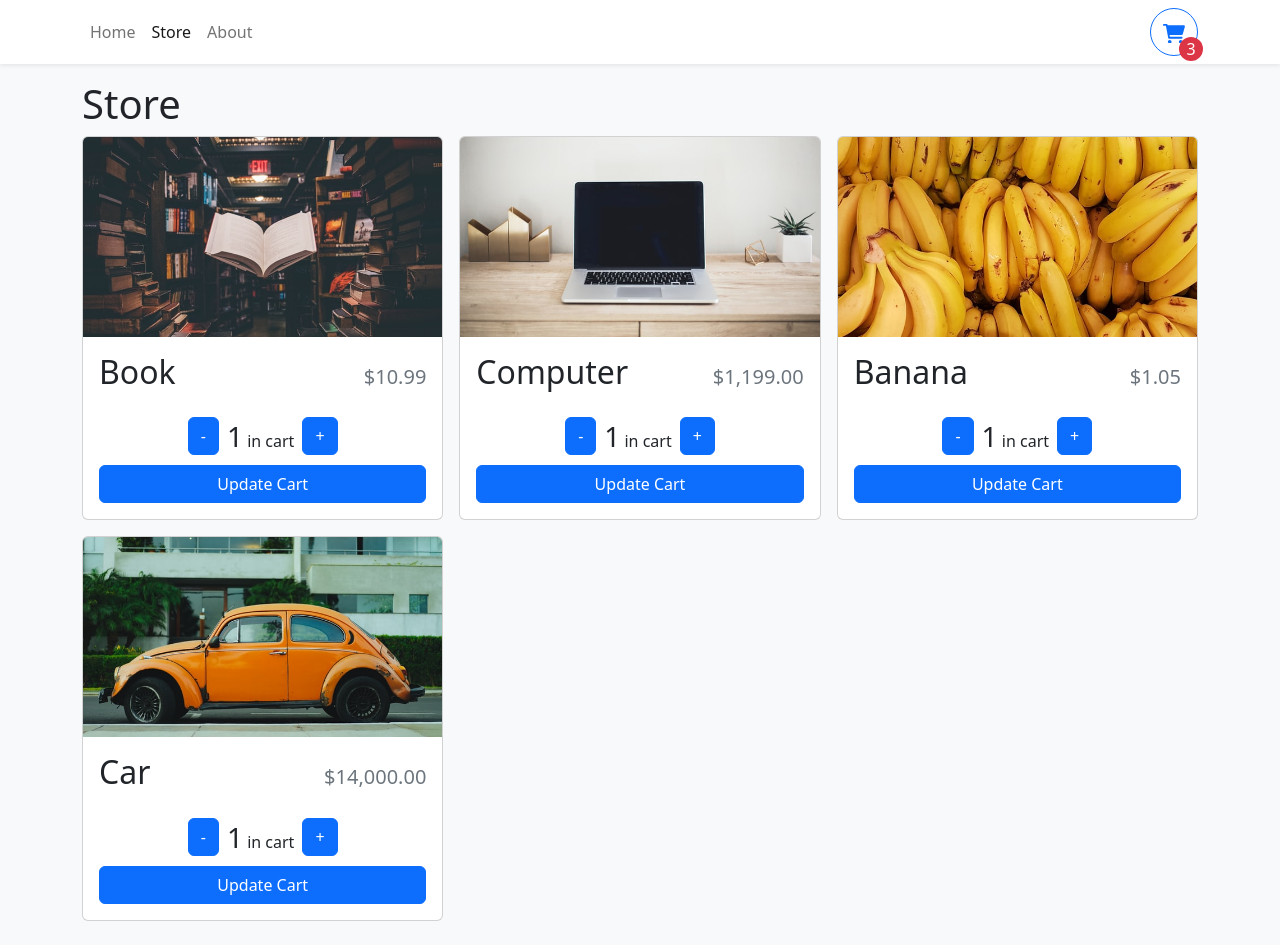
Repository: MoNasr2022/shopping-cart
Page: /store
An editor plug-in stored every save of this project. The page is shown before and after a run of saves, followed by the edit.
The browser window is 1280 px wide. The pictures show the whole page.
The project was rebuilt for these pictures with package versions that can differ from the ones it lists, and the page was loaded fresh each time. Also part of the build but not shown: vite.config.ts, src/pages/Home.tsx, src/pages/About.tsx.

Above is the page before, as saved 2023-04-17 23:04:29.

### index.html
<!DOCTYPE html>
<html lang="en">
  <head>
    <meta charset="UTF-8" />
    <link rel="icon" type="image/svg+xml" href="/vite.svg" />
    <meta name="viewport" content="width=device-width, initial-scale=1.0" />
    <title>Nasr Shopping Cart</title>
  </head>
  <body class="bg-light">
    <div id="root"></div>
    <script type="module" src="/src/main.tsx"></script>
  </body>
</html>

### src/App.tsx
import { Routes, Route } from "react-router-dom";
import { Container } from "react-bootstrap";
import Home from "./pages/Home";
import Store from "./pages/Store";
import About from "./pages/About";
import Navbar from "./components/Navbar";

function App() {
  return (
    <>
      <Navbar />
      <Container className="mb-4">
        <Routes>
          <Route path="/" element={<Home />} />
          <Route path="/store" element={<Store />} />
          <Route path="/about" element={<About />} />
        </Routes>
      </Container>
    </>
  );
}

export default App;

### src/pages/Store.tsx
import StoreItems from "../components/StoreItems";
import storeItems from "../data/items.json";
import { Row, Col } from "react-bootstrap";

export default function Store() {
  return (
    <>
      <h1>Store</h1>
      <Row md={2} xs={1} lg={3} className="g-3">
        {storeItems.map((item) => (
          <Col key={item.id}>
            <StoreItems {...item} />
          </Col>
        ))}
      </Row>
    </>
  );
}

### src/components/Navbar.tsx
import { Navbar as NavbarB } from "react-bootstrap";
import { Container, Nav, Button } from "react-bootstrap";
import { NavLink } from "react-router-dom";

export default function Navbar() {
  return (
    <NavbarB className="bg-white shadow-sm mb-3 " sticky="top">
      <Container>
        <Nav className="me-auto">
          <Nav.Link as={NavLink} to="/">
            Home
          </Nav.Link>
          <Nav.Link as={NavLink} to="/store">
            Store
          </Nav.Link>
          <Nav.Link as={NavLink} to="/about">
            About
          </Nav.Link>
        </Nav>
        <Button
          className=" rounded-circle"
          variant="outline-primary"
          style={{ position: "relative", width: "3rem", height: "3rem" }}
        >
          <svg

            xmlns="http://www.w3.org/2000/svg"
            viewBox="0 0 576 512"
            fill="currentColor"
          >
            <path d="M96 0C107.5 0 117.4 8.19 119.6 19.51L121.1 32H541.8C562.1 32 578.3 52.25 572.6 72.66L518.6 264.7C514.7 278.5 502.1 288 487.8 288H170.7L179.9 336H488C501.3 336 512 346.7 512 360C512 373.3 501.3 384 488 384H159.1C148.5 384 138.6 375.8 136.4 364.5L76.14 48H24C10.75 48 0 37.25 0 24C0 10.75 10.75 0 24 0H96zM128 464C128 437.5 149.5 416 176 416C202.5 416 224 437.5 224 464C224 490.5 202.5 512 176 512C149.5 512 128 490.5 128 464zM512 464C512 490.5 490.5 512 464 512C437.5 512 416 490.5 416 464C416 437.5 437.5 416 464 416C490.5 416 512 437.5 512 464z" />
          </svg>

          <span
            className="position-absolute  bg-danger rounded-circle"
            style={{
              color: "white",
              bottom: 0,
              right: 0,
              transform: "translate(25%, 25%)",
              width: "1.5rem",
              height: "1.5rem",

              display: "flex",
              justifyContent: "center",
              alignItems: "center",
            }}
          >
            3
          </span>
        </Button>
      </Container>
    </NavbarB>
  );
}

### src/components/StoreItems.tsx
import { Button, Card } from "react-bootstrap";
import { formatCurrency } from "../utilities/formatCurrency";

type StoreItemsProps = {
  id: number;
  name: string;
  price: number;
  imgUrl: string;
};

function StoreItems({ id, name, price, imgUrl }: StoreItemsProps) {
  const quantity = 1;
  return (
    <Card className="h-100">
      <Card.Img
        variant="top"
        src={imgUrl}
        height="200px"
        style={{ objectFit: "cover" }}
      />
      <Card.Body className="d-flex flex-column">
        <Card.Title className="d-flex justify-content-between align-items-baseline mb-4 ">
          <span className="fs-2">{name}</span>
          <span className="ms-2 text-muted">{formatCurrency(price)}</span>
        </Card.Title>
        <div className="mt-auto">
          {quantity === 0 ? (
            <Button className="btn btn-primary w-100">+ Add to Cart</Button>
          ) : (
            <div
              className="d-flex flex-column align-items-center"
              style={{ gap: ".5rem" }}
            >
              <div
                className="d-flex justify-content-center align-items-center"
                style={{ gap: ".5rem" }}
              >
                <Button>-</Button>
                <div>
                  <span className="fs-3">{quantity}</span> in cart
                </div>
                <Button>+</Button>
              </div>
              <Button className="btn btn-primary w-100">Update Cart</Button>
            </div>
          )}
        </div>
      </Card.Body>
    </Card>
  );
}

export default StoreItems;

### src/utilities/formatCurrency.ts
const CURRENCY_FORMATTER = new Intl.NumberFormat(undefined, {
    style: 'currency',
    currency: 'USD',
})

export function formatCurrency (number: number){
  return  CURRENCY_FORMATTER.format(number)
};

Loaded but not shown: src/main.tsx (common file); src/data/items.json (common file)

After the next 4 saves:
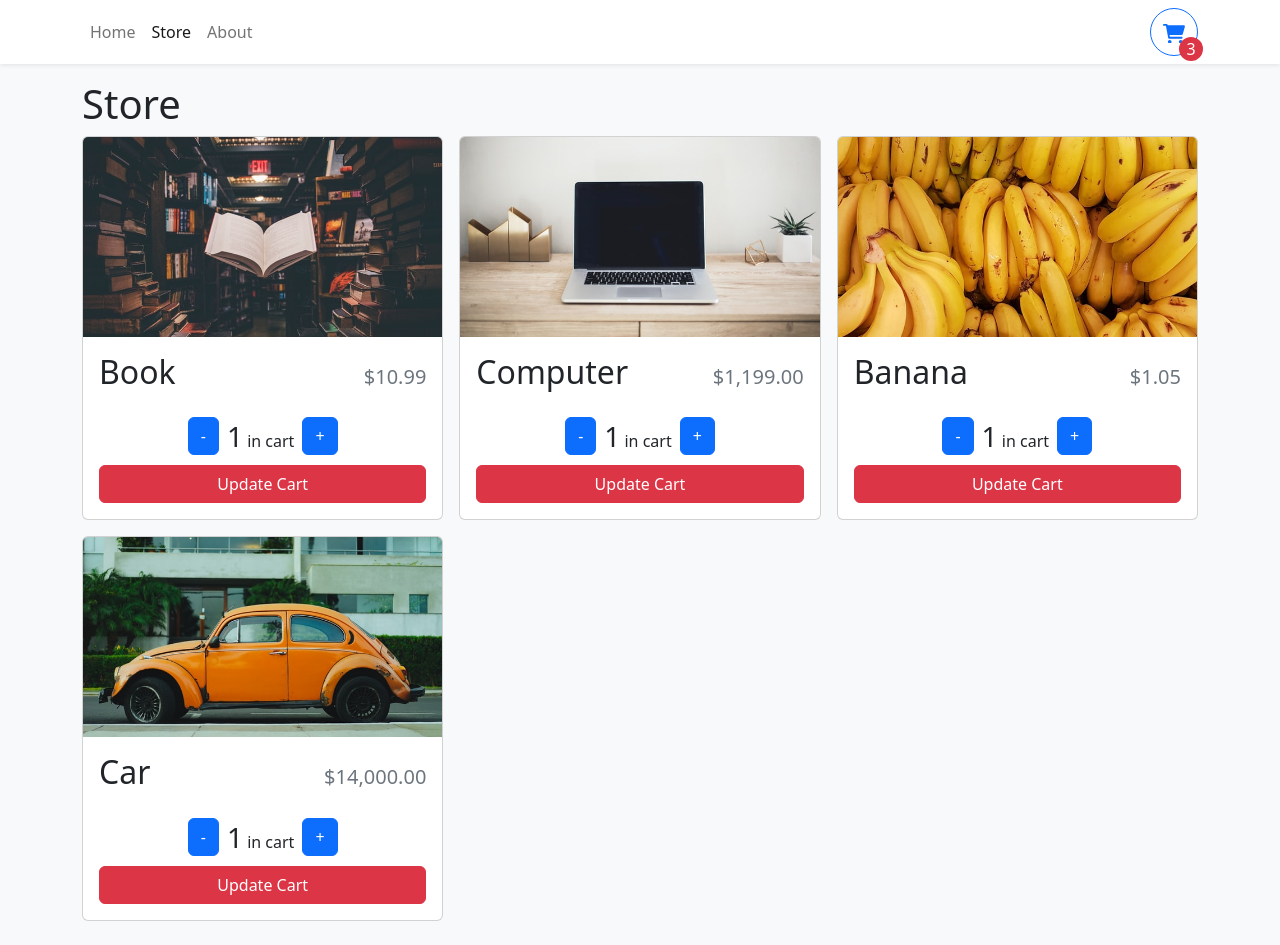
The 4 saves are shown as one change because they came seconds apart.
The last was saved 12 s later.
--- a/src/components/StoreItems.tsx
+++ b/src/components/StoreItems.tsx
@@ -41,7 +41,7 @@ function StoreItems({ id, name, price, imgUrl }: StoreItemsProps) {
                 </div>
                 <Button>+</Button>
               </div>
-              <Button className="btn btn-primary w-100">Update Cart</Button>
+              <Button variant="danger" className="btn btn-primary w-100">Update Cart</Button>
             </div>
           )}
         </div>
